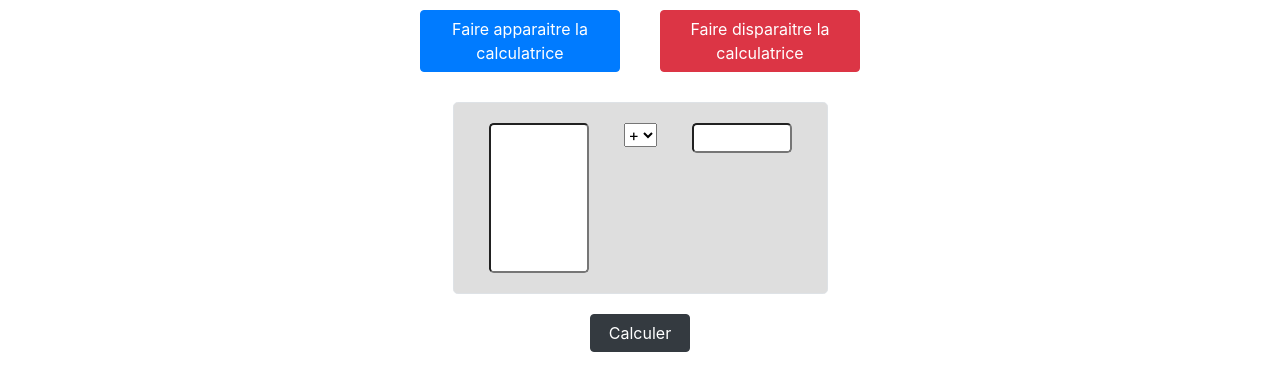
Repository: julieLyM/calculatrice
Page: calculatrice.html
The author's editor kept a copy of each file at every save. The page is drawn from the files as they stood at one save, then again after the next save.
The browser window is 1280 px wide. The pictures show the whole page.

Above is the page before, as saved 2020-12-08 15:40:11.

### calculatrice.html
<!DOCTYPE html>
<html lang="fr">
  <head>
    <meta charset="UTF-8">
    <meta name="viewport" content="width=device-width, initial-scale=1.0">
		<link rel="stylesheet" href="https://cdn.jsdelivr.net/npm/bootstrap@4.5.3/dist/css/bootstrap.min.css" integrity="sha384-TX8t27EcRE3e/ihU7zmQxVncDAy5uIKz4rEkgIXeMed4M0jlfIDPvg6uqKI2xXr2" crossorigin="anonymous">

    <title>exercice calculatrice</title>
  </head>
  <body>
    <div class="container-fluid">
        <div class="row justify-content-center" style="padding: 10px; text-align:center">
          <button class="btn btn-primary" style="width: 200px; margin: 0 20px;" id="appear">
            Faire apparaitre la calculatrice
          </button>
          <button class="btn btn-danger" style="width: 200px; margin: 0 20px" id="disapear">
            Faire disparaitre la calculatrice
          </button>
        </div>
        <div class="row justify-content-around border rounded-lg" id="blocCal"  style="padding: 20px;margin: 20px auto; text-align:center; width: 30%;background-color: #dedede">
          <div class="col">
            <input type="text" class="rounded-lg"  id="nombre1" style="width: 100px; height: 150px;">
          </div>
          <div class="col">
            <select name="calcul" id="operateur">
              <option>+</option>
              <option>-</option>
              <option>*</option>
              <option>/</option>
            </select>
          </div>
          <div class="col">
            <input type="text" class="rounded-lg"  id="nombre2" style="width: 100px;">
          </div>
          <br>
          <br>
          </div>
        <div class="row justify-content-center" style="margin-top: 20px">
          <button type="button" class="btn btn-dark" style="width: 100px;" id="calculer">
            Calculer
          </button>
        </div>
        <br>
        <div class="row justify-content-center">
          <div id="message"></div>
        </div>
      </div>
    <!--APPEL JQUERY-->
		<script src="https://code.jquery.com/jquery-3.5.1.min.js" integrity="sha256-9/aliU8dGd2tb6OSsuzixeV4y/faTqgFtohetphbbj0=" crossorigin="anonymous"></script>
		<script src="https://cdn.jsdelivr.net/npm/bootstrap@4.5.3/dist/js/bootstrap.bundle.min.js" integrity="sha384-ho+j7jyWK8fNQe+A12Hb8AhRq26LrZ/JpcUGGOn+Y7RsweNrtN/tE3MoK7ZeZDyx" crossorigin="anonymous"></script>
    <!--NOTRE CODE JS-->
    <script src="calculatrice.js"></script>
  </body>
</html>

### calculatrice.js
//Etapes :
// --------
// - faire une page html
// - créer deux input type text avec deux id différent pour la saisie des valeurs
// - créer un select avec un id pour proposer les différents opérateurs. (+-*/    ** %)
// - créer un bouton avec un id pour lancer le calcul (button, span)

// Avec js :
// ---------
// - lors du click  sur le bouton (evenement) :
// - récupérer les deux saisies des champs text et l'opérateur selectionné

// - il peut être important de passer les saisies dans un parseFloat() pour les transformer en type number
// - declencher le calcul des saisies selon  l'opérateur avec un if qui va tester l'opérateur pour déclencher l'opération.
// - afficher l'opération avec le résultat.

// Pour aller plus loin :
// ----------------------
// - essayer de donner la possibilité de faire apparaitre ou disparaitre la calculatrice

$(document).ready(function () {
  $('#appear').on('click', function () {
    $('#blocCal').slideDown(1000);
  });

  // Cacher la  calculatrice :
  $('#disapear').on('click', function () {
    $('#blocCal').slideUp(1000);
  });

  $('#calculer').on('click', function () {
    var value1 = $('#nombre1').val();
    var signe = $('#operateur').val();
    var value2 = $('#nombre2').val();

    value1 = parseFloat(value1);
    value2 = parseFloat(value2);
    var resultat = '';

    if (signe == '+') {
      resultat = $('#message').html(
        '<div style="background-color: pink;color: yellow; text-align: center;font-size:26px; padding:20px">Résultat addition: ' +
          value1 +
          signe +
          value2 +
          ' = ' +
          (value1 + value2) +
          '</div>'
      );
    } else if (signe == '-') {
      resultat = resultat = $('#message').html(
        '<div style="background-color: pink;color: blue; text-align: center;font-size:26px; padding:20px">Résultat soustration: ' +
          value1 +
          signe +
          value2 +
          ' = ' +
          (value1 - value2) +
          '</div>'
      );
    } else if (signe == '*') {
      resultat = resultat = $('#message').html(
        '<div style="background-color: pink;color: purple; text-align: center;font-size:26px; padding:20px">Résultat multiplication: ' +
          value1 +
          signe +
          value2 +
          ' = ' +
          value1 * value2 +
          '</div>'
      );
    } else if (signe == '/') {
      resultat = resultat = $('#message').html(
        '<div style="background-color: pink;color: green; text-align: center;font-size:26px; padding:20px">Résultat division: ' +
          value1 +
          signe +
          value2 +
          ' = ' +
          value1 / value2 +
          '</div>'
      );
    }
  });

  $('#nombre1, #nombre2').on('mouseover', function () {
    $('#message').html(
      `<div style="background-color: pink;color: red; padding:20px">Saisir un chiffre</div>`
    );
  });

  $('#nombre1, #nombre2').on('mouseout', function () {
    $('#message').html('');
  });

  $('#operateur').on('mouseover', function () {
    $('#message').html(
      `<div style="background-color: pink;color: red; padding:20px">Saisir un opérateur + - / *</div>`
    );
  });
  $('#operateur').on('mouseout', function () {
    $('#message').html('');
  });
});

After the next save:
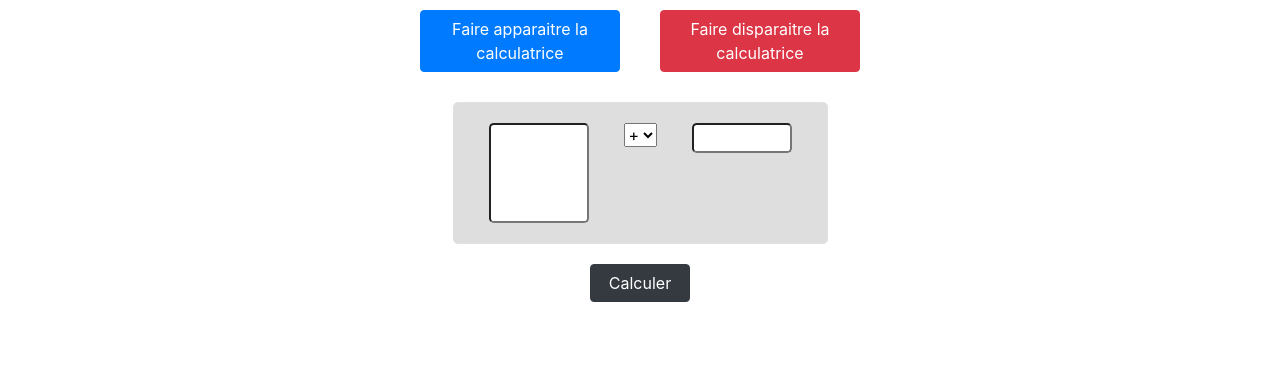
Saved 7 s later.
--- a/calculatrice.html
+++ b/calculatrice.html
@@ -19,7 +19,7 @@
         </div>
         <div class="row justify-content-around border rounded-lg" id="blocCal"  style="padding: 20px;margin: 20px auto; text-align:center; width: 30%;background-color: #dedede">
           <div class="col">
-            <input type="text" class="rounded-lg"  id="nombre1" style="width: 100px; height: 150px;">
+            <input type="text" class="rounded-lg"  id="nombre1" style="width: 100px; height: 100px;">
           </div>
           <div class="col">
             <select name="calcul" id="operateur">
